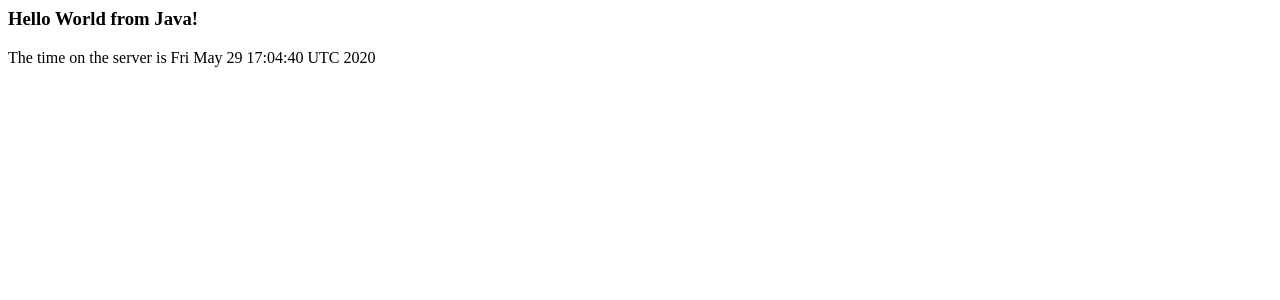
Repository: Gaurav047/JavaServerPagesWeb
Page: http://localhost/jspWebDemo/helloworld.jsp
The author's editor kept a copy of each file at every save. The page is drawn from the files as they stood at one save, then again after the next save.
The browser window is 1280 px wide. The pictures show the whole page.
The page is served by Tomcat 9. Other server files are loaded and not shown.

Above is the page before, as saved 2020-05-29 17:04:40.

### jspWebDemo/WebContent/helloworld.jsp
<html>

<body>

<h3> Hello World from Java! </h3>

The time on the server is <%= new java.util.Date() %>


</body>




</html>

After the next save:
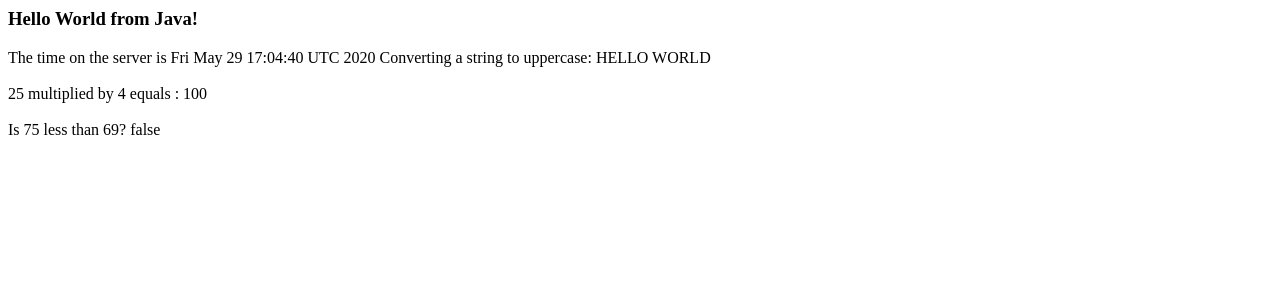
Saved 13 min 26 s later.
--- a/jspWebDemo/WebContent/helloworld.jsp
+++ b/jspWebDemo/WebContent/helloworld.jsp
@@ -6,6 +6,15 @@
 
 The time on the server is <%= new java.util.Date() %>
 
+Converting a string to uppercase: <%= new String("Hello World").toUpperCase() %>
+
+<br/><br/>
+
+25 multiplied by 4 equals : <%= 25*4 %>
+
+<br/><br/>
+
+Is 75 less than 69? <%= 75 < 69  %>
 
 </body>
 
